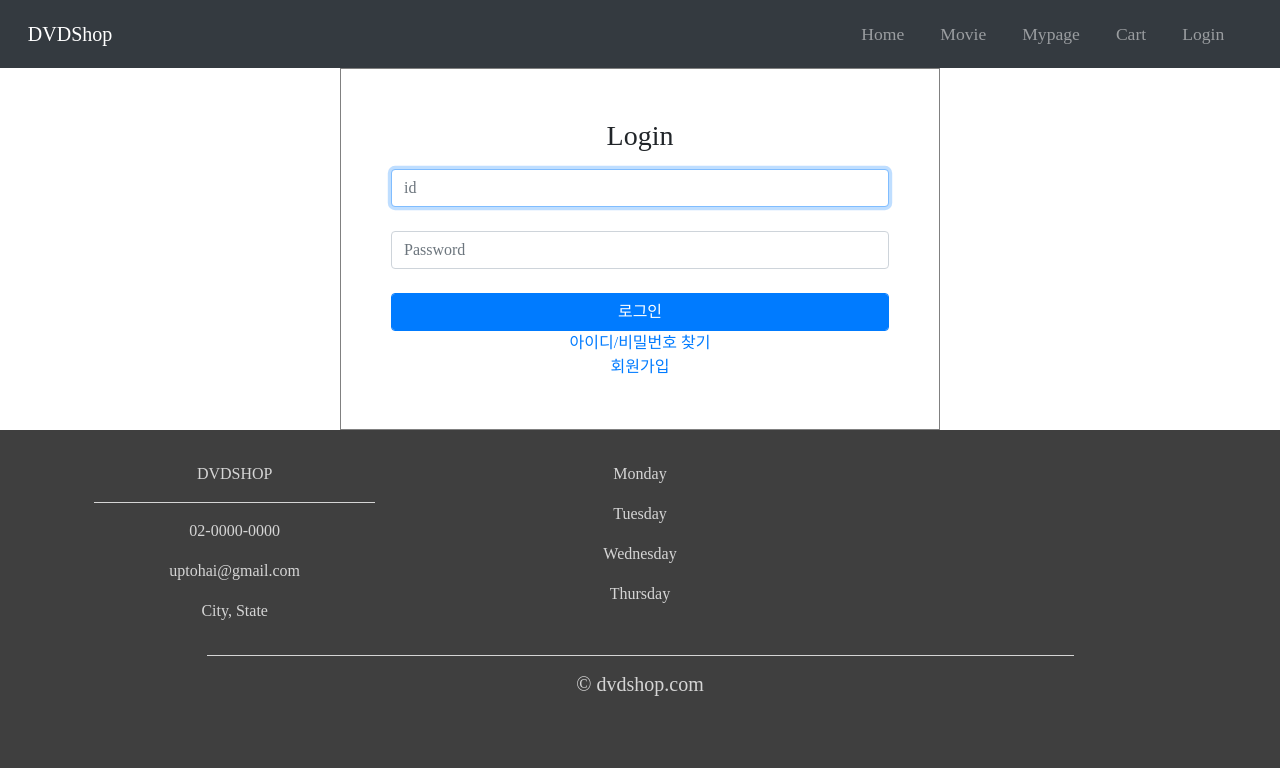
Repository: afterup/dvdshop
Page: http://localhost/shop_project/view/user/login_fail.jsp
These files come from the project's save history. The page is drawn as it stood at one moment and after the next save; the edit follows.
The browser window is 1280 px wide. The pictures show the whole page.
The page is served by Tomcat 9. Other server files are loaded and not shown.

Above is the page before, as saved 2019-08-14 07:18:50.

### shop_project/WebContent/view/user/login_fail.jsp
<%@ page language="java" contentType="text/html; charset=UTF-8"
    pageEncoding="UTF-8"%>
<!DOCTYPE html>
<html lang="en">

<head>
    <meta charset="UTF-8">
    <meta name="viewport" content="width=device-width, initial-scale=1.0">
    <meta http-equiv="X-UA-Compatible" content="ie=edge">
    <title>Document</title>
    <!-- 부트스트랩 css-->
    <link rel="stylesheet" href="https://stackpath.bootstrapcdn.com/bootstrap/4.3.1/css/bootstrap.min.css"
        integrity="sha384-ggOyR0iXCbMQv3Xipma34MD+dH/1fQ784/j6cY/iJTQUOhcWr7x9JvoRxT2MZw1T" crossorigin="anonymous">
    <!-- 사용자 css-->
    <link rel="stylesheet" href="css/style.css">
    <style>
    	.container {
    		width: 600px;
    		padding: 50px;
    		border: 1px solid gray;
    	}


    </style>
</head>


<body>
    <!-- Navigation -->
	<%@ include file="/view/common/header.jsp" %>
    <!-- main-->

    <div class="container text-center padding">
        <div class="">
            <div class="panel panel-successs">
                <div class="panel-heading">
                    <h3 class="mb-3">Login</h3>
                </div>
                <div class="panel-body">
                    <form action="movie?action=loginAction" method="POST">
                        <input type="text" class="form-control mb-4" name="id" placeholder="id" autofocus>
                        <input type="password" class="form-control mb-4" name="pass" placeholder="Password">
                        <button type="submit" class="form-control btn btn-primary">로그인</button>
                    </form>
                    <a href="movie?action=idcheck">아이디/비밀번호 찾기</a><br>
                    <a href="movie?action=join">회원가입</a>
                </div>
            </div>
        </div>
    </div>



    <!-- Footer -->
	<%@ include file="/view/common/footer.jsp" %>

    <!-- 부트스트랩 -->
    <script src="https://code.jquery.com/jquery-3.3.1.slim.min.js"
        integrity="sha384-q8i/X+965DzO0rT7abK41JStQIAqVgRVzpbzo5smXKp4YfRvH+8abtTE1Pi6jizo" crossorigin="anonymous">
    </script>
    <script src="https://cdnjs.cloudflare.com/ajax/libs/popper.js/1.14.7/umd/popper.min.js"
        integrity="sha384-UO2eT0CpHqdSJQ6hJty5KVphtPhzWj9WO1clHTMGa3JDZwrnQq4sF86dIHNDz0W1" crossorigin="anonymous">
    </script>
    <script src="https://stackpath.bootstrapcdn.com/bootstrap/4.3.1/js/bootstrap.min.js"
        integrity="sha384-JjSmVgyd0p3pXB1rRibZUAYoIIy6OrQ6VrjIEaFf/nJGzIxFDsf4x0xIM+B07jRM" crossorigin="anonymous">
    </script>
</body>


</html>

### shop_project/WebContent/view/common/header.jsp
<%@ page language="java" contentType="text/html; charset=UTF-8"
    pageEncoding="UTF-8"%>
<!DOCTYPE html>
<html>
<head>
<meta charset="UTF-8">
<title>Insert title here</title>
</head>
<body>

	<!-- Navigation -->
    <nav class="navbar navbar-expand-md navbar-dark bg-dark sticky-top">
        <div class="container-fluid">
            <a href="movie" class="navbar-brand">DVDShop</a>
            <button class="navbar-toggler" type="button" data-toggle="collapse" data-target="#navbarResponsive">
                <span class="navbar-toggler-icon"></span>
            </button>
            <div class="collapse navbar-collapse" id="navbarResponsive">
                <ul class="navbar-nav ml-auto">
                    <li class="nav-item"><a class="nav-link" href="movie">Home</a></li>
                    <li class="nav-item"><a class="nav-link" href="movie?action=moviePage">Movie</a></li>
                    <li class="nav-item"><a class="nav-link" href="movie?action=mypage">Mypage</a></li>
                    <li class="nav-item"><a class="nav-link" href="movie?action=cart">Cart</a></li>

                   <%
                   	String id = (String)request.getSession().getAttribute("id");
                   	System.out.print("id="+id);
                   	if(id == null){
                   %>
                    <li class="nav-item"><a href="movie?action=login" class="nav-link">Login</a></li>
               	   <%
                   	}else{
               	   %>
                    <li class="nav-item"><a href="movie?action=logout" class="nav-link">Logout</a></li>
               	   <%
                   	}
               	   %>
                </ul>
            </div>
        </div>
    </nav>

</body>
</html>

### shop_project/WebContent/view/common/footer.jsp
<%@ page language="java" contentType="text/html; charset=UTF-8"
    pageEncoding="UTF-8"%>
<!DOCTYPE html>
<html>
<head>
<meta charset="UTF-8">
<title>Insert title here</title>
</head>
<body>
    <footer>
        <div class="container-fluid padding">
            <div class="row text-center">
                <div class="col-md-4">
                    DVDSHOP
                    <hr class="light">
                    <p>02-0000-0000</p>
                    <p>uptohai@gmail.com</p>
                    <p>City, State</p>
                </div>
                <div class="col-md-4">
                    <p>Monday</p>
                    <p>Tuesday</p>
                    <p>Wednesday</p>
                    <p>Thursday</p>
                </div>
            </div>
            <div class="col-12">
                <hr class="light">
                <h5 class="text-center">&copy; dvdshop.com</h5>
            </div>
        </div>
    </footer>

</body>
</html>

### shop_project/WebContent/css/style.css
html,
body {
    height: 100%;
    width: 100%;
    font-family: "sans-serif";
}

img {
    width: 100%;
}

#adminPage {
    background-color: rgb(250, 249, 242);
}

.navbar {
    padding: .8rem;
}

.navbar-nav li {
    padding-right: 20px;
}

.nav-link {
    font-size: 1.1em !important;
}

.carousel-inner img {
    width: 100%;
    height: 100%;
}

.btn-info {
    background-color: rgb(57, 55, 66);
    color: rgb(240, 240, 240);
    border-color: rgb(57, 55, 66);
}

.jumbotron {
    padding: 1rem;
}

.padding {
    padding-bottom: 2rem;
}

footer {
    background-color: #3f3f3f;
    color: #d5d5d5;
    padding: 2rem;
}

hr.light {
    border-top: 1px solid #d5d5d5;
    width: 75%;
}

After the next save:
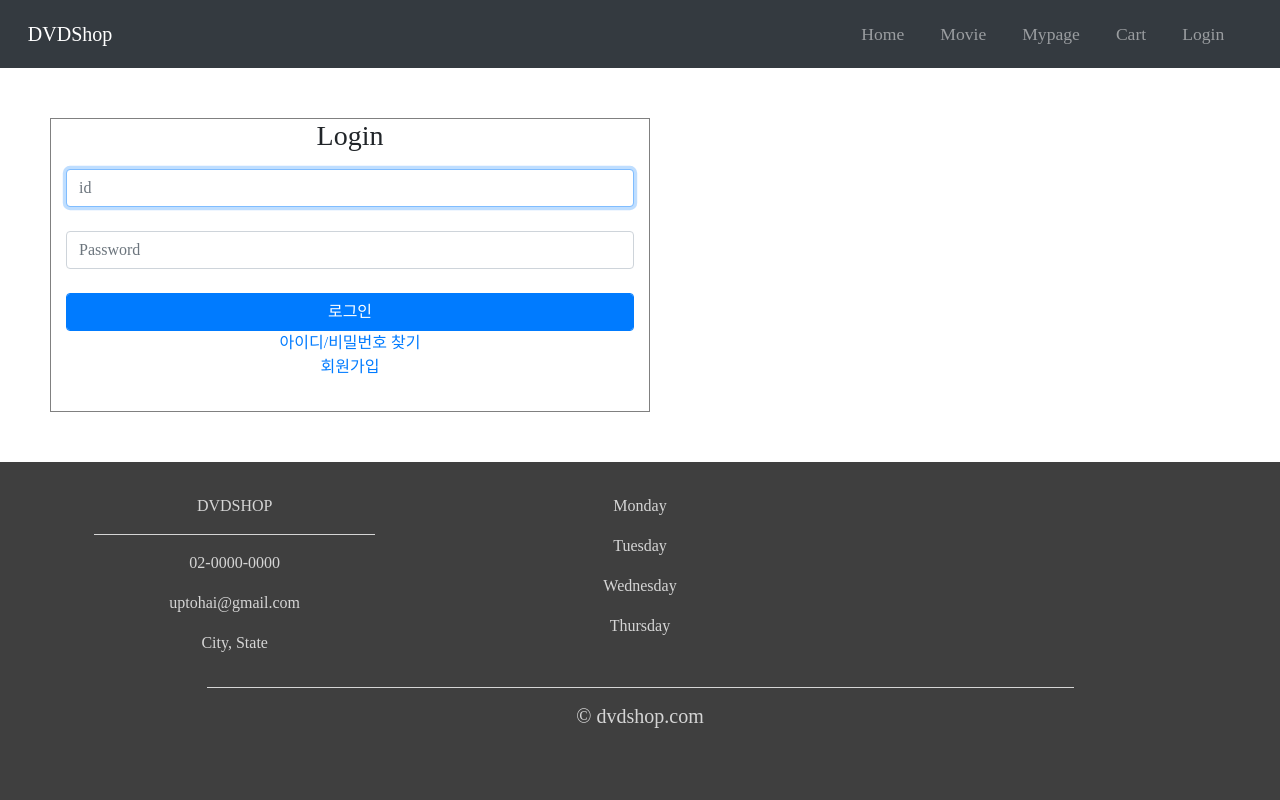
Saved 10 s later.
--- a/shop_project/WebContent/view/user/login_fail.jsp
+++ b/shop_project/WebContent/view/user/login_fail.jsp
@@ -16,7 +16,7 @@
     <style>
     	.container {
     		width: 600px;
-    		padding: 50px;
+    		margin: 50px;
     		border: 1px solid gray;
     	}
 
